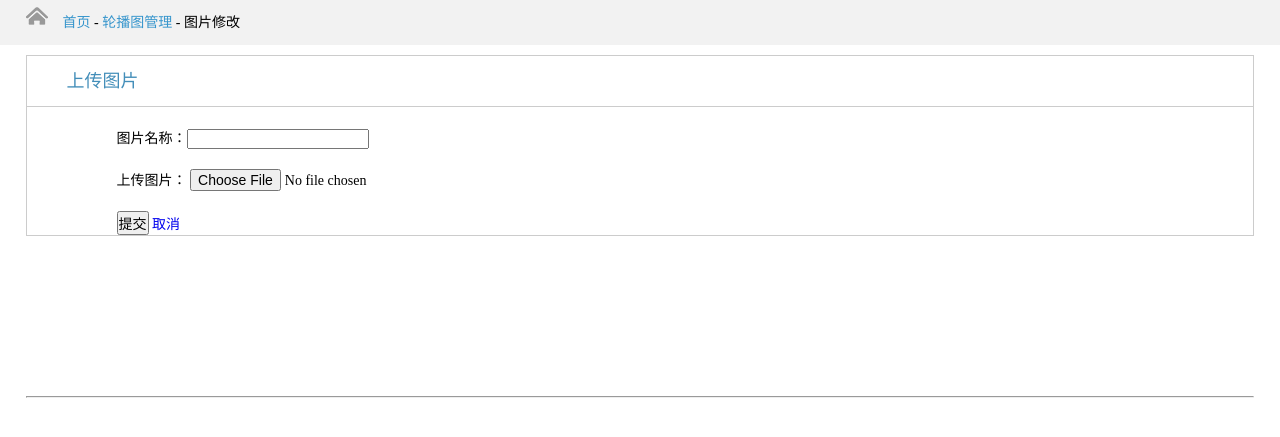
Repository: liaojingrui01/CarRepair
Page: http://localhost/CarWebPro/backstage/banneradd.jsp
An editor plug-in stored every save of this project. The page is shown before and after the next save, followed by the edit.
The browser window is 1280 px wide. The pictures show the whole page.
The page is served by Tomcat 9. Other server files are loaded and not shown.

Above is the page before, as saved 2019-07-01 03:42:59.
Console error (its wording comes from the project's code and is left out).

### CarWebPro/WebContent/backstage/banneradd.jsp
<%@ page language="java" contentType="text/html; charset=utf-8"
    pageEncoding="utf-8"%>
<!DOCTYPE html PUBLIC "-//W3C//DTD XHTML 1.0 Transitional//EN" "http://www.w3.org/TR/xhtml1/DTD/xhtml1-transitional.dtd">
<html xmlns="http://www.w3.org/1999/xhtml">
<head>
<meta http-equiv="Content-Type" content="text/html; charset=utf-8" />
<title>轮播图</title>
<link rel="stylesheet" type="text/css" href="./css/css.css" />
<script type="text/javascript" src="./js/jquery.min.js"></script>
</head>
<body>
	<div id="pageAll">
		<div class="pageTop">
			<div class="page">
				<img src="./img/coin02.png" /><span><a href="./#">首页</a>&nbsp;-&nbsp;<a
					href="./#">轮播图管理</a>&nbsp;-</span>&nbsp;图片修改
			</div>
		</div>
		<div class="page " >
			<!-- 上传广告页面样式 -->
			<div class="banneradd bor">
				<div class="baTop">
					<span>上传图片</span>
				</div>
				<form action="${pageContext.request.contextPath }/UpFileServlet?op=saveImg" method="post"  enctype="multipart/form-data" onclick="location=${pageContext.request.contextPath }/backstage/banneeer.jsp"  >
				<div class="baBody" >
					<div class="bbD">
						图片名称：<input type="text" name="bannerName">
					</div>
					<div class="bbD">
						上传图片：
						<input type="file" name="bannerImg">
						<!-- <div class="bbDd">
							<div class="bbDImg">+</div>
						</div> -->
					</div>
					<div class="bbD">

							<button type="submit" class="btn_ok btn_yes"  >提交</button>
							<a class="btn_ok btn_no" href="./#">取消</a>
						<p class="bbDP"></p>
					</div>
				</div>
				</form>
			</div>

			<hr/>


			<!-- 上传广告页面样式end -->
		</div>
	</div>
</body>
</html>

### CarWebPro/WebContent/backstage/css/css.css
@charset "utf-8";

* {
	padding: 0;
	margin: 0;
	font-family: "Microsoft YaHei";
	font-size: 14px;
}
#hides{display: none;}
a {
	text-decoration: none;
}

li {
	list-style-type: none;
}

/*全局定义css*/
#pageAll {
	width: 100%;
	overflow: hidden;
}

#pageAll .page {
	width: 96%;
	margin: 0px auto;
}

.pageTop {
	width: 100%;
	height: 45px;
	line-height: 45px;
	background-color: #f2f2f2;
}

.pageTop span {
	margin-left: 15px;
}

.pageTop a {
	color: #3695cc;
}

/*表格和 分页公共CSS*/
table {
	border-collapse: collapse;
}

tr {

}

td {
	text-align: center;
	border: 1px solid #dcdbdb;
}

.tdColor {
	height: 40px;
	background-color: #f2f2f2;
	color: #438eb9;
}

.tdC {
	color: #333;
}

.paging {
	width: 100%;
	margin-top: 50px;
	margin-bottom: 90px;
	text-align: right;
}
/*表格和 分页公共CSS end*/

/*广告页面CSS*/
.banner {

}

.banner .add {
	width: 100%;
	height: 120px;
}

.addA {
	display: inline-block;
	width: 160px;
	height: 35px;
	background-color: #47a4e1;
	line-height: 35px;
	text-align: center;
	color: #fff;
	margin-top: 40px;
	margin-left: 40px;
	font-size: 16px;
}
.hbHides1{display: none;}
.banner .banShow {

}

.banner .banShow .bsImg {
	margin-top: 15px;
	margin-bottom: 15px;
	width: 185px;
	height: 90px;
	overflow: hidden;
	margin-left: 66px;
}

.banner .banShow .bsImg img {
	max-width: 100%;
	max-height: 100%;
}

.banner .banShow .bsA {
	color: #333;
}

.operation {
	margin-left: 5px;
	margin-right: 5px;
	cursor: pointer;
}

.banDel {
	width: 100%;
	height: 100%;
	background-color: rgba(0, 0, 0, 0.29);
	position: fixed;
	top: 0px;
	display: none;
}

.cutMoney {
	width: 100%;
	height: 100%;
	background-color: rgba(0, 0, 0, 0.29);
	position: fixed;
	top: 0px;
	display: none;
}

.delete {
	width: 460px;
	margin: auto;
	background-color: #fff;
	text-align: center;
	position: relative;
	top: 20%;
}

.delete .close {
	height: 30px;
	text-align: right;
}

.delete .close img {
	margin-right: 5px;
	margin-top: 5px;
	cursor: pointer;
}

.banDel .delete .delP1 {
	margin-top: 40px;
	font-size: 20px;
}

.banDel .delete .delP2 {

}

.banDel .delete .delP2 .ok {
	display: inline-block;
	width: 100px;
	height: 40px;
	line-height: 40px;
	background-color: #3695cc;
	color: #fff;
	margin-top: 65px;
	margin-left: 25px;
	margin-right: 25px;
	font-size: 16px;
	cursor: pointer;
	margin-bottom: 65px;
}

.banDel .delete .delP2 .yes {
	color: #333;
	background-color: #fff;
	border: 1px solid #3695cc;
}

.banDel .delete .delP2 .no {

}
/*广告页面CSS end*/

/*广告上传编辑页面CSS*/
.bor {
	border: 1px solid #ccc;
}

.banneradd {
	margin-bottom: 160px;
	margin-top: 10px;
}

.baTopNo {
	width: 100%;
	border: none;
}

.baTopNo span {
	height: 50px;
	line-height: 50px;
	margin-left: 40px;
	font-size: 18px;
	color: #438eb9;
}

.baTop {
	width: 100%;
	border-bottom: 1px solid #ccc;
}

.baTop span {
	height: 50px;
	line-height: 50px;
	margin-left: 40px;
	font-size: 18px;
	color: #438eb9;
}

.baBody {
	margin-top: 20px;
	margin-left: 90px;
}

.bbD {
	margin-top: 20px;
}

.bbD .bbDP {

}

.bbD .bbDP .btn_ok {
	display: inline-block;
	width: 100px;
	height: 40px;
	line-height: 40px;
	background-color: #3695cc;
	color: #fff;
	margin-top: 50px;
	margin-right: 25px;
	font-size: 16px;
	cursor: pointer;
	text-align: center;
	margin-bottom: 160px;
	border: none;
}

.bbD .bbDP .btn_no {
	color: #333;
	background-color: #fff;
	border: 1px solid #3695cc;
}

.bbD .bbDP .btn_yes {
	margin-left: 66px;
}

.bbD .bbDd {
	width: 280px;
	height: 210px;
}
.bbD .selCss{
	width: 300px;
    height: 40px;
    border: 1px solid #ccc;
    text-indent: 15px;
}

.bbD .input1 {
	width: 300px;
	height: 40px;
	border: 1px solid #ccc;
	text-indent: 15px;
}

.bbD .input2 {
	width: 100px;
	height: 40px;
	border: 1px solid #ccc;
}

.bbD .input3 {
	width: 240px;
	height: 40px;
	border: 1px solid #ccc;
	text-indent: 15px;
	margin-left: 10px;
}
.bbD .UPimgD{width: 155px;height: 175px;position: relative;left: 83px;top: -20px;}
.bbD .UPimgD img.img{width: 100%;}
.bbD .UPimgD .FileD{width: 155px;height: 175px;overflow: hidden;position: absolute;top: 0px;}
.bbD .UPimgD .FileD .addFile{width: 100%;height: 100%;opacity: 0;filter: Alpha(Opacity=0);}
.bbD .bbDImg {
	width: 160px;
	height: 180px;
	background-color: #c6c6c6;
	text-align: center;
	line-height: 180px;
	font-size: 55px;
	color: #fff;
	margin-left: 72px;
	margin-top: -16px;
}

.bbD .bbDImg .Img1 {
	width: 160px;
	height: 180px;
	margin-top: -180px;
}

.bbD .file {
	width: 160px;
	height: 180px;
	position: relative;
	top: -180px;
	left: 45px;
	opacity: 0;
	filter: alpha(opacity = 0);
}

.bbD .bbDDel {
	float: right;
	margin-top: -20px;
	color: #ff0000;
}

.bbD label {
	margin-left: 15px;
	margin-right: 15px;
}

/*广告上传编辑页面CSS*/

/*意见管理页面CSS*/
.opinion {

}

.opinion .opShow {
	margin-top: 40px;
	margin-bottom: 95px;
}
/*意见管理页面CSS end*/

/*行家管理页面CSS*/
.connoisseur {

}

.conShow {
	margin-top: 30px;
}

.onsImg {
	width: 75px;
	height: 75px;
	margin-top: 25px;
	margin-left: 46px;
	overflow: hidden;
	margin-bottom: 25px;
}

.onsImg img {
	max-width: 100%;
	max-height: 100%;
}

.cfD {
	margin-top: 15px;
}

.cfD select {
	width: 200px;
	height: 30px;
	border: 1px solid #ccc;
	margin-left: 15px;
	margin-right: 45px;
	color: #999;
	text-indent: 15px;
}

.cfD .bselect {
	width: 140px;
}

.cfD label {
	margin-left: 20px;
}

.cfD .lar {
	margin-right: 45px;
}

.cfD .addUser {
	width: 220px;
	height: 30px;
	border: 1px solid #ccc;
	text-indent: 15px;
}

.cfD .button {
	margin-left: 10px;
	width: 135px;
	height: 30px;
	border: none;
	font-size: 16px;
	color: #fff;
	background-color: #47a4e1;
}

.cfD .addA1 {
	margin-top: 10px;
	margin-left: 120px;
}
/*行家管理页面CSS end*/

/*会员管理页面CSS*/
.vip {

}

.cfD .vpr {
	margin-right: 45px;
}

.cfD .vinput {
	width: 150px;
	height: 30px;
	border: 1px solid #ccc;
	text-indent: 15px;
}

.cfD .addA2 {
	margin-left: 30px;
}

.onsImgv {
	margin-left: 90px;
	margin-top: 25px;
}

.vip .vipinput {
	width: 55px;
	height: 25px;
	border: 1px solid #ccc;
	margin: 0px 10px;
}

.vip .vsAdd {
	display: inline-block;
	width: 50px;
	height: 25px;
	background-color: #2a9cdd;
	line-height: 25px;
	color: #fff;
	cursor: pointer;
	text-align: center;
}

.vip .vsAdd2 {
	background-color: white;
	color: #2a9cdd;
	border: 1px solid #2a9cdd;
	height: 23px;
	line-height: 23px;
	margin-left: 10px;
}

.bbD .vipHead {
	width: 75px;
	height: 75px;
	overflow: hidden;
	margin-top: -15px;
	margin-left: 82px;
}

.bbD .vipHead img {
	max-width: 100%;
	max-height: 100%;
}

.bbD .vipHead .vipP {
	position: relative;
	top: -17px;
	width: 100%;
	height: 15px;
	background-color: rgba(0, 0, 0, 0.25);
	color: #fff;
	text-align: center;
}

.bbD .vipHead .file1 {
	position: relative;
	top: -32px;
	width: 100%;
	height: 15px;
	background-color: rgba(0, 0, 0, 0.25);
	color: #fff;
	text-align: center;
	opacity: 0;
	filter: alpha(opacity = 0);
}

.bbD .vipHead1 {
	width: 75px;
	height: 75px;
	overflow: hidden;
	margin-top: -15px;
	margin-left: 105px;
}
.bbD .ptH{height: 40px;}

.bbD .btext2 {
	margin-top: -15px;
	margin-left: 105px;
}

.bbD .text2 {
	max-width: 670px;
	min-width: 670px;
	max-height: 120px;
	min-height: 120px;
	color: #333;
	text-indent: 15px;
}

.bbD .btext {
	margin-top: -15px;
	margin-left: 82px;
}
.bbD .text5{width: 540px;height: 110px;}

.bbD .bsp2{
    position: relative;
    top: -90px;
}
.bbD .bewm{
	width: 240px;
    height: 240px;
    border: 3px solid #807e7e;
    position: relative;
    top: -10px;
    left: 85px;
}

.bbD .bewm img{
	max-width: 100%;
}

.bbD .btext .text1 {
	max-width: 670px;
	min-width: 670px;
	max-height: 240px;
	min-height: 240px;
	color: #333;
	text-indent: 15px;
}

/*会员管理页面CSS end*/
.cfD .timeInput {
	width: 170px;
	height: 30px;
	border: 1px solid #ccc;
	text-indent: 15px;
}

/*话题管理页面CSS*/
.topic {

}

.topicP {
	margin-top: -5px;
	margin-bottom: 15px;
}

.topic .topicP .topicImg {
	margin-left: 10px;
}
/*话题管理页面CSS end*/

/*心愿管理页面 、约见管理页面CSS*/
.wishShow {
	margin-top: 30px;
}

.wishShow .wishImgv {
	margin-left: 60px;
}

.onsInmA {
	margin-left: 100px;
}

.tpapA {
	color: #333;
}

#inputSTWish {
	width: 100px;
}
/*心愿管理页面CSS、、约见管理页面CSS end*/
.cfD .userinput {
	width: 220px;
	height: 40px;
	border: 1px solid #ccc;
	text-indent: 15px;
	color: #999;
}

.cfD .userbtn {
	margin-left: 60px;
	width: 135px;
	height: 40px;
	border: none;
	font-size: 16px;
	color: #fff;
	background-color: #47a4e1;
}

/*修改密码*/
.bacen {
	margin: auto;
	width: 400px;
	margin-top: 60px;
}

.imga {
	display: none;
}

.imgb {
	display: none;
}

/*新增加弹出框样式    增加金额和减少金额   hy*/
/*.addMoney{}
.addMoney .addDivs{}
.addMoney .addDivs .addDimg{}
.addMoney .addDivs .addDimg{}*/
.addDivs .addDimg img.user {
	width: 100px;
	margin-top: 50px;
}

.addDivs .addDName {
	font-size: 16px;
	margin-top: 15px;
	color: #333;
}

.addDivs .addDps {
	margin-top: 20px;
	color: #666;
}

.addDivs .addDps input {
	height: 30px;
	border: 1px solid #ccc;
	text-indent: 10px;
}

.addDivs .addDps .come1 {
	width: 155px;
	height: 30px;
	margin-left: -5px;
	border: 1px solid #ccc;
	text-indent: 10px;
	color: #666;
}

.addDivs .addDps .come2 {
	width: 155px;
	height: 30px;
	margin-left: -5px;
	border: 1px solid #ccc;
	text-indent: 10px;
	color: #666;
}

.addDivs .addDps .area {
	border: 1px solid #ccc;
	text-indent: 10px;
	margin-left: 4px;
	width: 155px;
	min-width: 155px;
	max-width: 155px;
	height: 60px;
	min-height: 60px;
	max-height: 60px;
}

.addDivs .addDps .spanVIPs {
	position: relative;
	top: -44px;
	left: 5px;
}

.banDel .delete .delP2 .moneyAdd1 {
	background-color: #3695cc;
	color: white;
}

.banDel .delete .delP2 .moneyAdd2 {
	background-color: white;
	color: #3695cc;
	border: 1px solid #3695cc;
	height: 38px;
	line-height: 40px;
}

/*新样式修复***添加话题*/
.addHTs {
	display: inline-block;
	width: 40px;
	height: 18px;
	line-height: 18px;
	background-color: #47a4e1;
	color: white;
	padding: 4px;
	position: relative;
	top: -5px;
}


/*11.25   新地址选择页面CSS   公共样式   hy*/
.ctAlert{display: none;width: 100%;height: 100%;position: fixed;top: 0px;background-color: rgba(0, 0, 0, 0.4);}
.citys{width: 90%;margin: 0px auto;background-color: white;  margin-top: 50px;padding-bottom: 20px;}
.citys .getCtys{min-height: 50px;padding-top: 50px;padding-left: 40px;float: left;font-size: 16px;  color: #666;  width: 80%;}
.citys .closeCys{min-height: 50px;float: right;width: 120px;height: 40px;background-color: #3695cc;line-height: 50px;text-align: center;position:relative;top: 50px;right: 100px;color: white;font-size: 16px;cursor: pointer;}
.citys .cityDiv{clear: both;width: 90%;margin: 0px auto;  margin-bottom: 30px;}
.citys .cityDiv .cts{display: inline-block;width: 20px;height: 20px;font-size: 18px;color: #3695cc;}
.citys .cityDiv .ctn{display: inline-block;font-size: 16px;padding-left: 5px;padding-right: 5px;padding-bottom: 3px;cursor: pointer;color: #666;}
.citys .cityDiv .ctn:hover{color: white;background-color:#3695cc;}
/*添加进来的DIV*/
.citys .getCtys .ctn{display: inline-block;padding-left: 5px;padding-right: 5px;color: #3695cc;font-size: 16px;cursor: pointer;}
/*11.25   新地址选择页面CSS   公共样式   hy    end  */

Loaded but not shown: CarWebPro/WebContent/backstage/js/jquery.min.js (library)

After the next save:
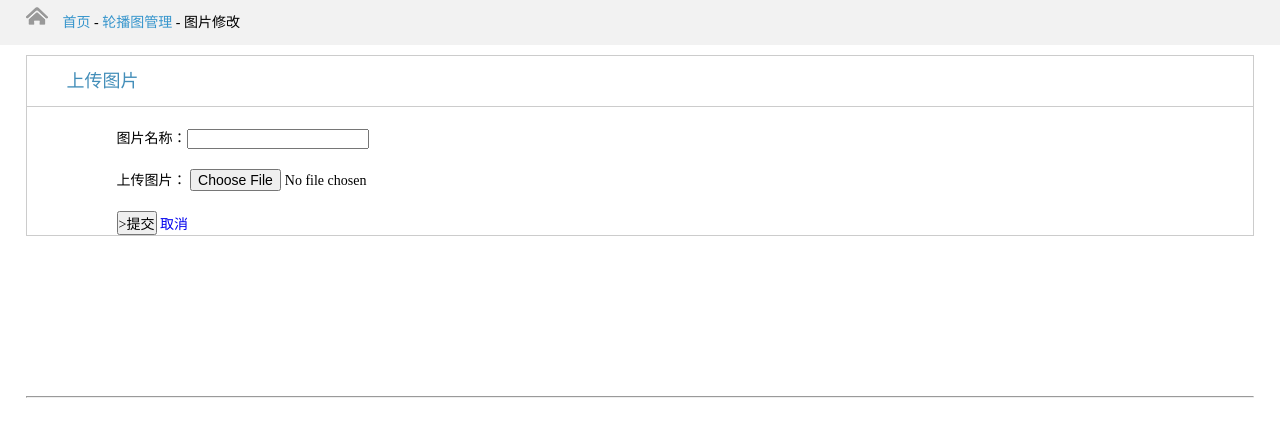
Saved 81 s later.
--- a/CarWebPro/WebContent/backstage/banneradd.jsp
+++ b/CarWebPro/WebContent/backstage/banneradd.jsp
@@ -36,7 +36,7 @@
 					</div>
 					<div class="bbD">
 
-							<button type="submit" class="btn_ok btn_yes"  >提交</button>
+							<button type="submit" class="btn_ok btn_yes" href="./#"> >提交</button>
 							<a class="btn_ok btn_no" href="./#">取消</a>
 						<p class="bbDP"></p>
 					</div>

After the 5 saves that followed:
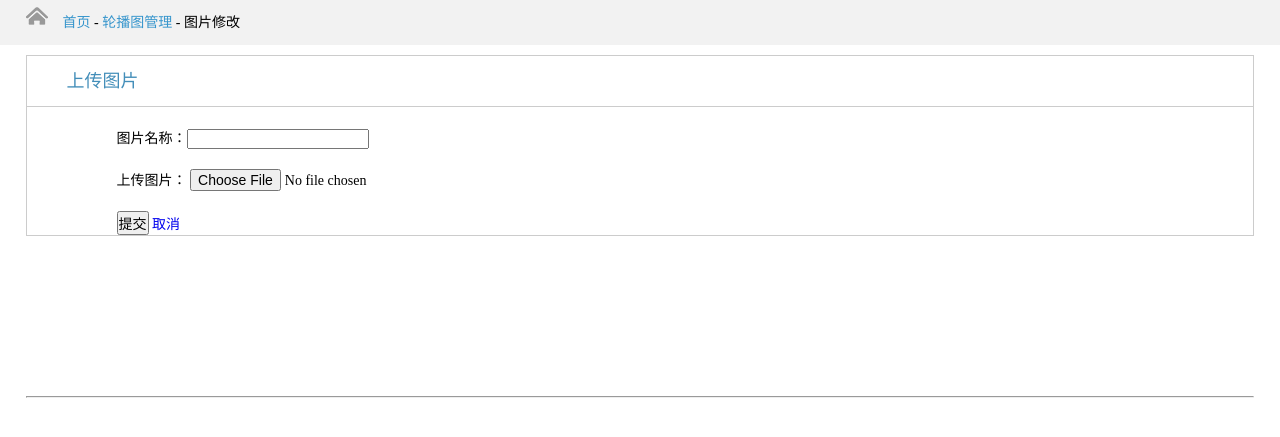
The error is gone.
The 5 saves are shown as one change because 4 left the picture as it was.
The last was saved 2 min 8 s later.
--- a/CarWebPro/WebContent/backstage/banneradd.jsp
+++ b/CarWebPro/WebContent/backstage/banneradd.jsp
@@ -22,7 +22,7 @@
 				<div class="baTop">
 					<span>上传图片</span>
 				</div>
-				<form action="${pageContext.request.contextPath }/UpFileServlet?op=saveImg" method="post"  enctype="multipart/form-data" onclick="location=${pageContext.request.contextPath }/backstage/banneeer.jsp"  >
+				<form action="${pageContext.request.contextPath }/UpFileServlet?op=saveImg" method="post"  enctype="multipart/form-data" >
 				<div class="baBody" >
 					<div class="bbD">
 						图片名称：<input type="text" name="bannerName">
@@ -36,7 +36,7 @@
 					</div>
 					<div class="bbD">
 
-							<button type="submit" class="btn_ok btn_yes" href="./#"> >提交</button>
+							<button type="submit" class="btn_ok btn_yes" >提交</button>
 							<a class="btn_ok btn_no" href="./#">取消</a>
 						<p class="bbDP"></p>
 					</div>
